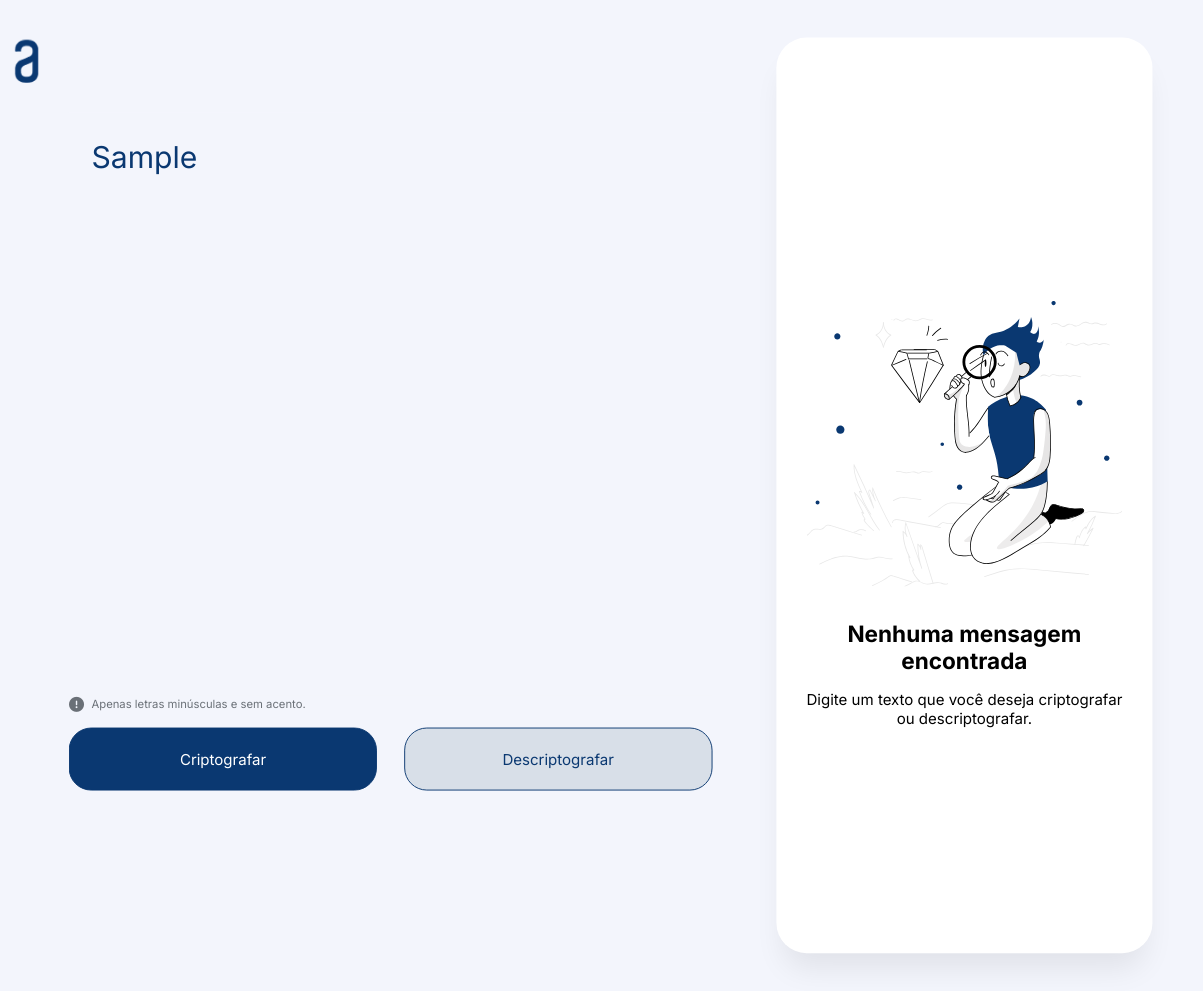
Repository: CarlosEduardoVdeOliveira/descodificador-de-texto
Page: index.html
An editor plug-in stored every save of this project. The page is shown before and after the next save, followed by the edit.
The browser window is 1280 px wide. The pictures show the whole page, at 94% of full size.
Empty fields were first filled with sample values (such as "Sample", 5 or name@example.com).
After loading, the first visible `button.button-cryptography` was clicked once.

Above is the page before, as saved 2023-04-14 08:42:46.

### index.html
<!DOCTYPE html>
<html lang="en">
<head>
   <meta charset="UTF-8">
   <link rel="preconnect" href="https://fonts.googleapis.com">
   <link rel="preconnect" href="https://fonts.gstatic.com" crossorigin>
   <meta http-equiv="X-UA-Compatible" content="IE=edge">
   <meta name="viewport" content="width=device-width, initial-scale=1.0">
   <link href="https://fonts.googleapis.com/css2?family=Inter:wght@400;700&display=swap" rel="stylesheet">
   <link rel="stylesheet" href="https://cdnjs.cloudflare.com/ajax/libs/font-awesome/6.4.0/css/all.min.css" integrity="sha512-iecdLmaskl7CVkqkXNQ/ZH/XLlvWZOJyj7Yy7tcenmpD1ypASozpmT/E0iPtmFIB46ZmdtAc9eNBvH0H/ZpiBw==" crossorigin="anonymous" referrerpolicy="no-referrer" />
   <link rel="stylesheet" href="/src/styles/reset.css">
   <link rel="stylesheet" href="/src/styles/index.css">
   <link rel="stylesheet" href="/src/styles/tablet.css">
   <link rel="stylesheet" href="/src/styles/mobile.css">
   <link rel="shortcut icon" href="/src/images/imageLogo2.png" type="image/x-icon">
   <title>Decodificador</title>
</head>
<body>
   <section>
      <img src="/src/images/imageLogo2.png"
         alt='logo da Alura'>
      <div class="highlight">
         <textarea placeholder="Digite seu texto" autofocus></textarea>
         <div class="info">
            <span>
               <i class="fa-solid fa-circle-exclamation"></i>
               Apenas letras minúsculas e sem acento.
            </span>
            <div class="info-group-button">
               <button class="button-cryptography">Criptografar</button>
               <button class="button-decryption">Descriptografar</button>
            </div>
         </div>
      </div>
      <div class="text-cryption">
         <img src="/src/images/imageHighLight.svg" alt="">
         <div>
            <h2>Nenhuma mensagem encontrada</h2>
            <p>
               Digite um texto que você deseja criptografar ou descriptografar.
            </p>
         </div>

      </div>
   </section>
   <script src="/src/scripts/index.js"></script>
</body>
</html>

### src/styles/reset.css
:root{
   --light-gray: #D8DFE8;
   --gray-100: #CED4DA;
   --gray-200: #ADB5BD;
   --gray-300: #868E96;
   --gray-400: #495057;
   --gray-500: #343A40;
   --light-blue-100: #F3F5FC;
   --light-blue-200: #EFF1FA;
   --light-blue-300: #E9ECF8;
   --light-blue-400: #AAB2D5;
   --light-blue-500: #757FB2;
   --dark-blue-100: #609ED4;
   --dark-blue-200: #356EA9;
   --dark-blue-300: #0A3871;
   --dark-blue-400: #072B61;
   --dark-blue-500: #052051;
}
*{
   margin: 0;
   padding: 0;
   box-sizing: border-box;
}

html, input, textarea, button{
   background-color: var(--light-blue-100);
   font-family:  'Inter', sans-serif;
   font-size: 1rem;
   -webkit-font-smoothing: antialiased;
   -moz-osx-font-smoothing: grayscale;
}

### src/styles/index.css
body{
   background-color: var(--light-blue-100);
}
img{
   width: 1.943rem;
   height: 3rem;
   margin-top: 2.5rem;
}
section {
   display: flex;
   justify-content: space-around;
   align-items: self-start;
   margin: 0 auto;
}
.highlight{
   display: flex;
   flex-direction: column;
   margin-top: 7.5rem;
}
textarea{
   width: 100%;
   height: calc(100vh - 100px);
   font-size: 32px;
   line-height: 150%;
   background-color: var(--light-blue-100);
   color: var(--dark-blue-300);
   border: none;
   resize: none;
   margin: 0 auto;
   padding: 1.5rem;
}
textarea:focus{
   outline: 0;
}

textarea::placeholder{
   color: var(--dark-blue-300);
}
span{
   display: flex;
   align-items: center;
   font-size: 12px;
   color: var(--gray-400);
   line-height: 150%;
   opacity: 0.8;
   margin-bottom: 1rem;
}
i{
   color: var(--gray-400);
   margin-right: 0.5rem;
   font-size: 1rem;
}

button{
   padding: 1.5rem;
   width: 328px;
   height: 67px;
   border-radius: 1.5rem;
   cursor: pointer;
   font-size: 1rem;
   line-height: 19px;
   border: 1px solid var(--dark-blue-300);
   transition: all .2s;
}
.info{
   background-color: var(--light-blue-100);
}
.button-cryptography{
   background-color: var(--dark-blue-300);
   color: white;
   margin-right: 1.5rem;
}
.button-cryptography:hover{
   background-color: var(--dark-blue-400);
}
.button-decryption{
   background: var(--light-gray);
   color: var(--dark-blue-300);
}
.button-decryption:hover{
   background-color: var(--light-blue-200);
}
.text-cryption{
   width: 25rem;
   margin: 2.5rem;
   padding: 15rem 2rem;
   text-align: center;
   background-color: white;
   /* shadow */
   box-shadow: 0px 24px 32px -8px rgba(0, 0, 0, 0.08);
   border-radius: 32px;
}
.text-cryption img{
   width: 21rem;
   height: 19rem;
}
.text-cryption div{
   display: flex;
   flex-direction: column;

   margin-top: 2rem;
   padding: 0px;
   gap: 16px;
}

textarea.textarea-output{
   font-size: 1.5rem;
   color: var(--gray-400);
   height: calc(100vh - 100px);
   padding: 1rem;
}
.text-cryption-whit-text{
   padding: 1rem;
}

.button-copy-cryption{
   background-color: white;
}
.button-copy-cryption:hover{
   background-color: var(--light-blue-200);
}

### src/styles/tablet.css
@media (max-width: 768px) {
   section{
      display: block;
   }
   img{
      margin: 1rem;
   }
   .textarea-input{
      margin: 0 auto;
   }
   .info{
      display: flex;
      flex-direction: column;
      margin: 0 auto;
   }
   .text-cryption{
      width: 43rem;
      height: 8.313rem;
      padding: 0;
      margin: 1.5rem auto;
   }
   .text-cryption img{
      display: none;
   }
}

### src/styles/mobile.css
@media (max-width: 375px) {
   img{
      margin: 1rem;
   }
   .info{
      margin: 0 auto;
   }
   .info-group-button{
      display: flex;
      flex-direction: column;
   }
   .info-group-button .button-cryptography{
      margin-bottom: 1.5rem;
   }
   .text-cryption{
      width: 20.438rem;
      height: 11.625rem;
      padding: 0;
      margin: 1.5rem auto;
   }
}

### src/scripts/index.js
const elementTextarea = document.querySelector("textarea");
const areaCryption = document.querySelector(".text-cryption");
const buttonCryptography = document.querySelector(".button-cryptography");
const buttonDecryption = document.querySelector(".button-decryption");

const textareaValue = elementTextarea.value;

function encryptText() {

   if (textareaValue.length > 0) {
      areaCryption.classList.add("text-cryption-whit-text")
      return areaCryption.innerHTML = `
         <textarea class="textarea-output">${textareaValue}</textarea>
         <button class="button-copy" id='copy' onclick="copyText()">Copiar</button>
      `;

   }
   return alert("Preencha o campo!")
}

function decryptText() {
   /*    const textareaValue = elementTextarea.value;
      if ( textareaValue.length > 0) {
         areaCryption.classList.add("text-cryption-whit-text");
         areaCryption.innerHTML = `
            <textarea class="textarea-output">${textareaValue}</textarea>
            <button class="button-copy" id="copy">Copiar</button>
         `;

      }
      return alert("Preencha o campo!") */
}
/* const buttonCopy = document.querySelector("#copy"); */

async function copyText() {
   const textareaOutput = document.querySelector('.textarea-output');
   await textareaOutput.select();
   document.execCommand('copy');
   alert("Texto copiado para area de trasferência!");
}

buttonCryptography.addEventListener('click', encryptText);
buttonDecryption.addEventListener('click', decryptText);
/* buttonCopy.addEventListener('click', copyText); */


/**
 * a b c d e f g h i j k l m n o p q r s t u v w x y z
 * jhysvz
 * carlos
 */

After the next save:
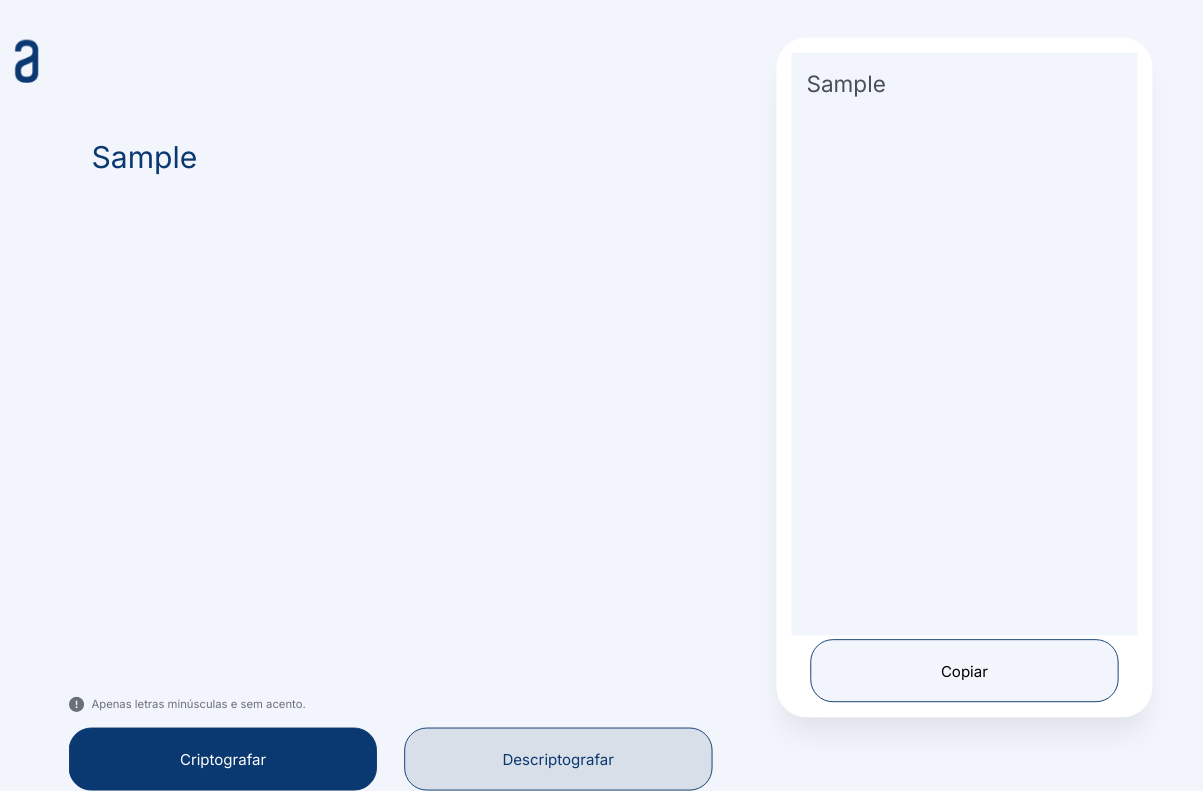
Saved 10 s later.
--- a/src/scripts/index.js
+++ b/src/scripts/index.js
@@ -3,10 +3,10 @@ const areaCryption = document.querySelector(".text-cryption");
 const buttonCryptography = document.querySelector(".button-cryptography");
 const buttonDecryption = document.querySelector(".button-decryption");
 
-const textareaValue = elementTextarea.value;
 
 function encryptText() {
 
+   const textareaValue = elementTextarea.value;
    if (textareaValue.length > 0) {
       areaCryption.classList.add("text-cryption-whit-text")
       return areaCryption.innerHTML = `
